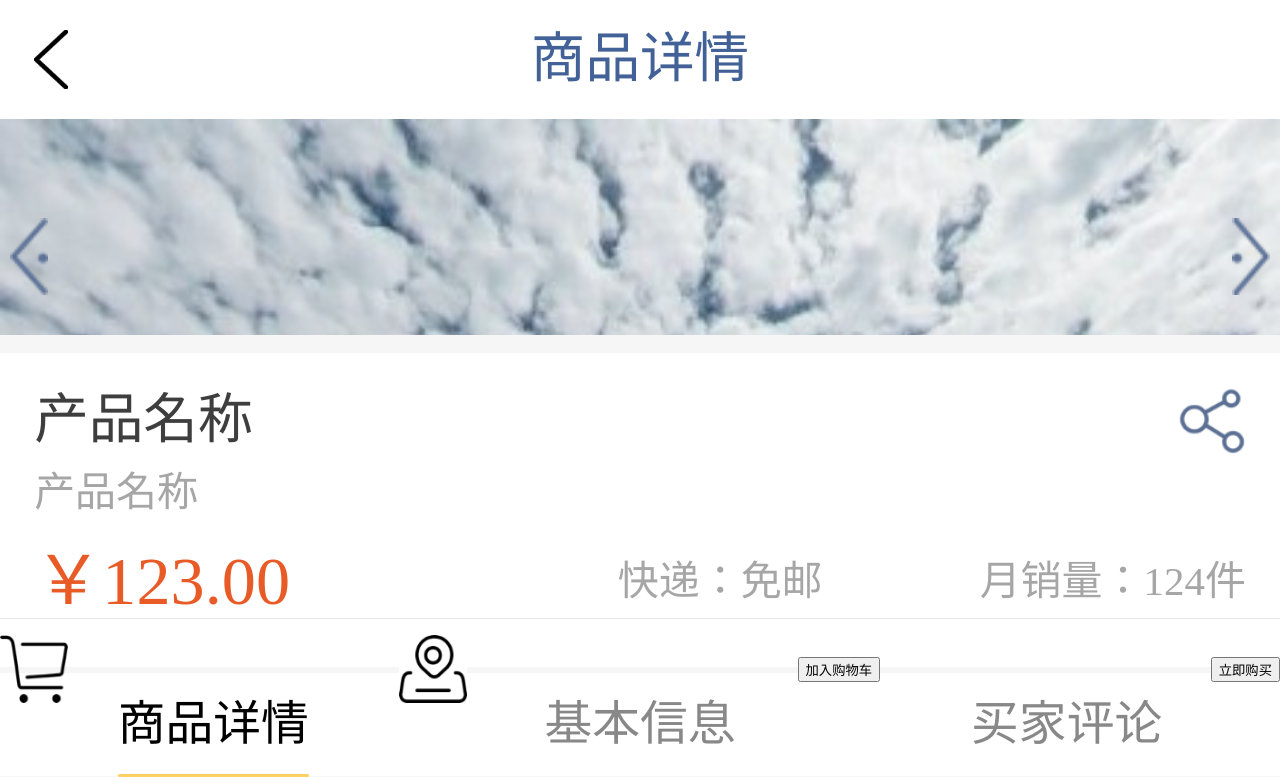
Repository: 421538074/sell
Page: consumer/goods-detail.html
These files come from the project's save history. The page is drawn as it stood at one moment and after the next save; the edit follows.
The browser window is 1280 px wide. The pictures show the whole page.

Above is the page before, as saved 2019-05-30 11:23:29.

After the next save:
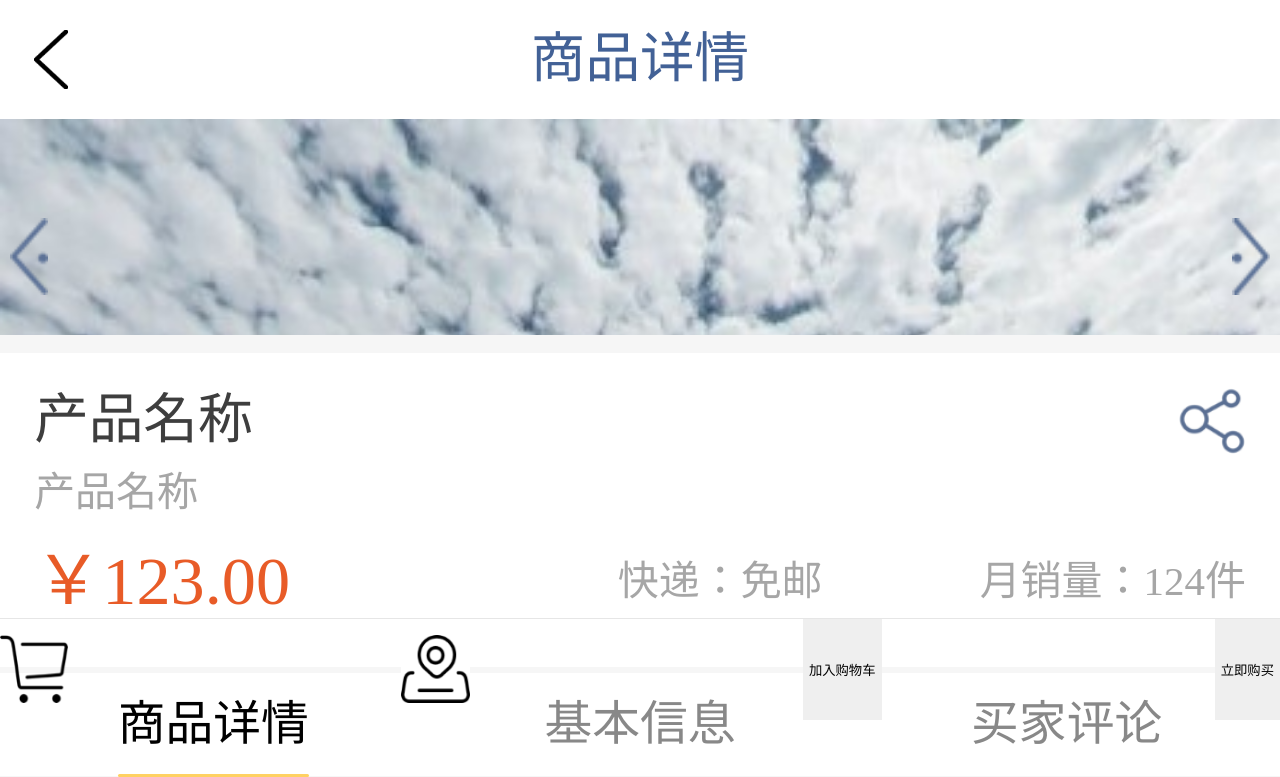
Saved 30 s later.
--- a/consumer/css/goods-detail.css
+++ b/consumer/css/goods-detail.css
@@ -105,3 +105,8 @@ img.shop-cart-icon,img.position-icon {
     width: 100%;
     height: 100%;
 }
+button.add-to-cart,button.buy-now {
+    border: none;
+    height: 100%;
+    outline: 0;
+}
